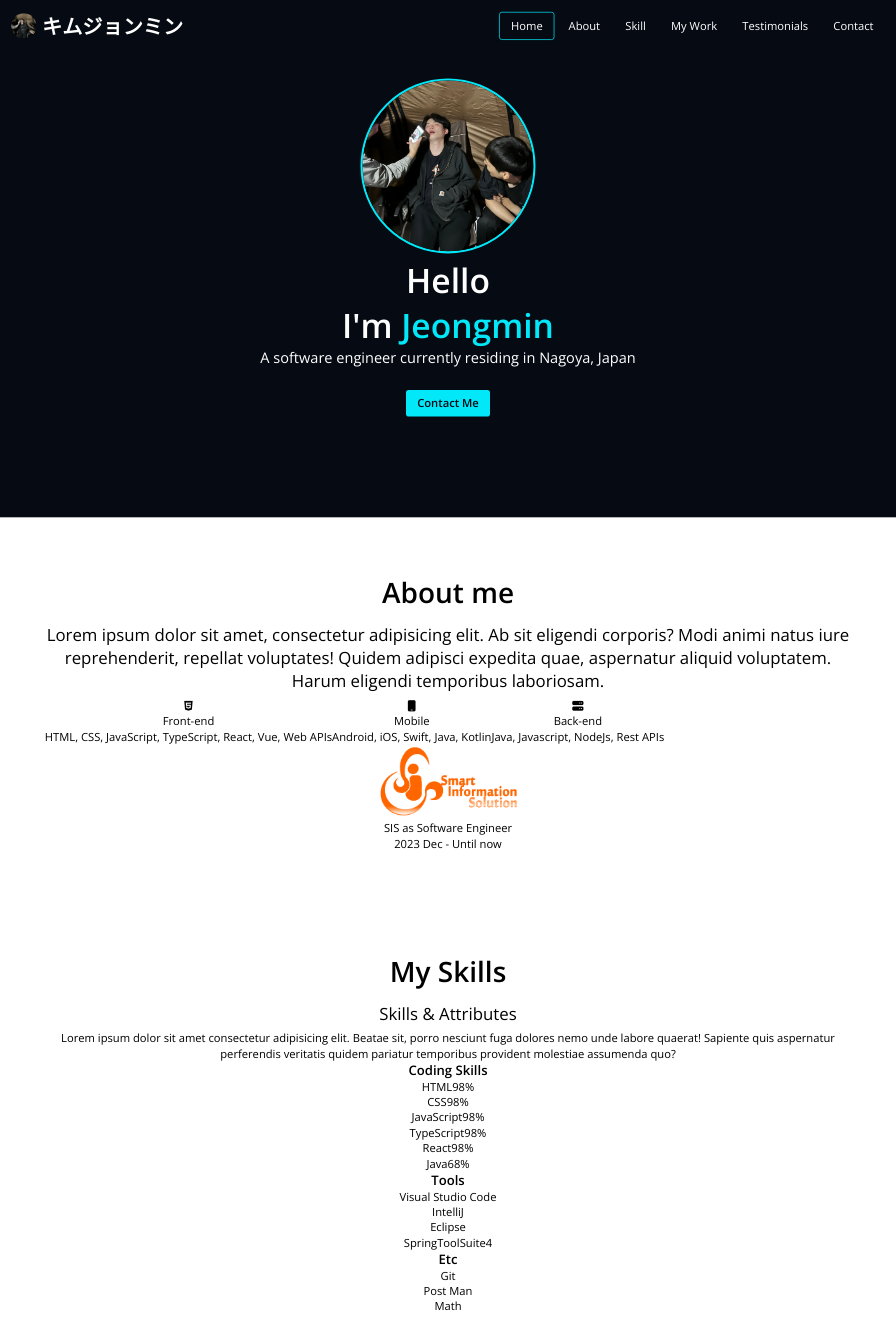
Repository: N1C0N1C0/Portfolio
Page: index.html
These files come from the project's save history. The page is drawn as it stood at one moment and after the next save; the edit follows.
The browser window is 1280 px wide. The pictures show the part of the page from y = 0 to 1920 px (the page is 6290 px tall), at 70% of full size.
Some web libraries are served in a nearby version.

Above is the page before, as saved 2023-12-16 18:55:23.

After the next save:
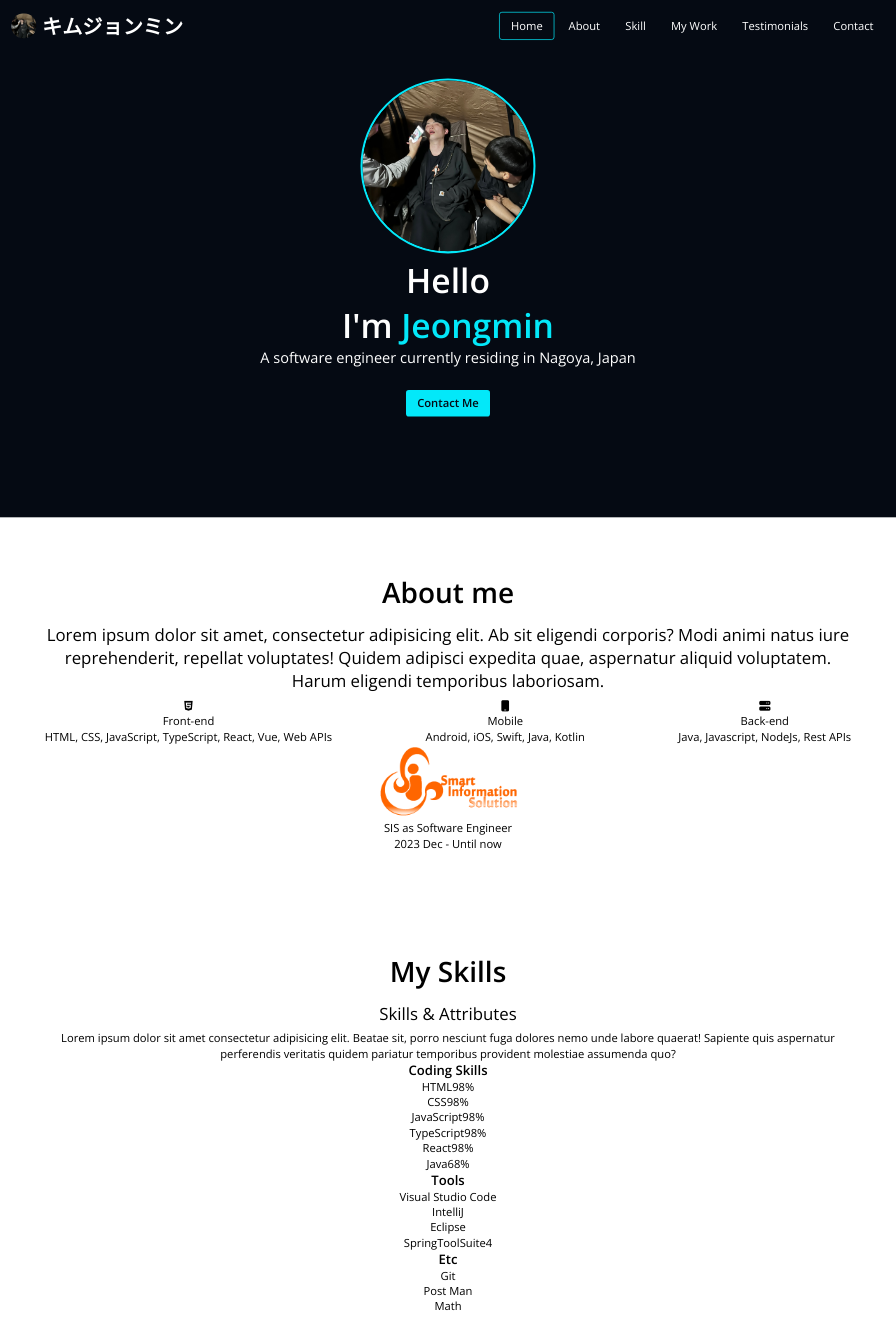
Saved 14 s later.
--- a/css/style.css
+++ b/css/style.css
@@ -159,4 +159,6 @@ button:focus {
 /* About */
 .majors {
     display: flex;
+    justify-content: space-between;
+    gap: 1rem;
 }
